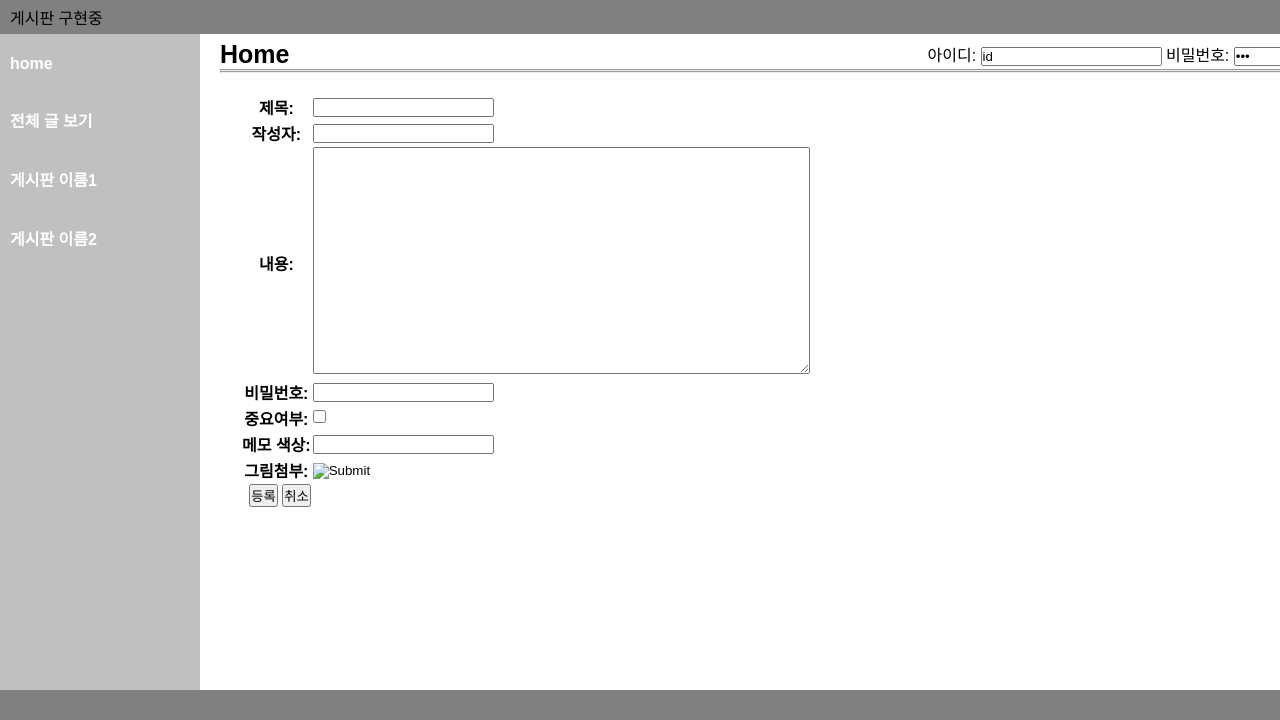
Repository: hyeon-jin-park/study
Page: work/internet_programing/Test_final/public/input.html
The author's editor kept a copy of each file at every save. The page is drawn from the files as they stood at one save, then again after the next save.
The browser window is 1280 px wide. The pictures show the whole page.

Above is the page before, as saved 2025-03-19 11:20:18.

After the next save:
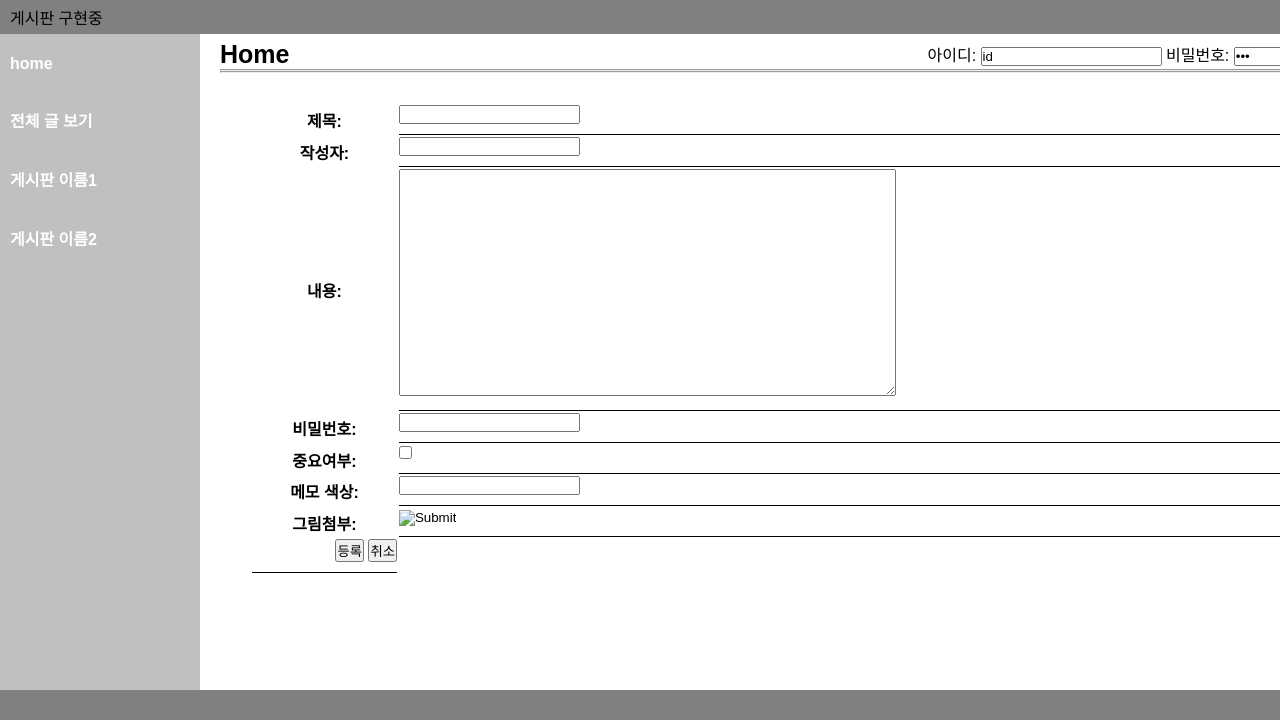
Saved 70 s later.
--- a/work/internet_programing/Test_final/public/layout.css
+++ b/work/internet_programing/Test_final/public/layout.css
@@ -88,10 +88,12 @@
 		.input_form{
 			padding:20px;
 		}
-		.input_form tr{
+		.input_form table{
 			white-space: nowrap;
 			width:100%;
 			margin:10px;
+		}
+		.input_form tr,td{
 			padding-bottom:10px;
 			border-bottom: 1px solid black;
 		}
